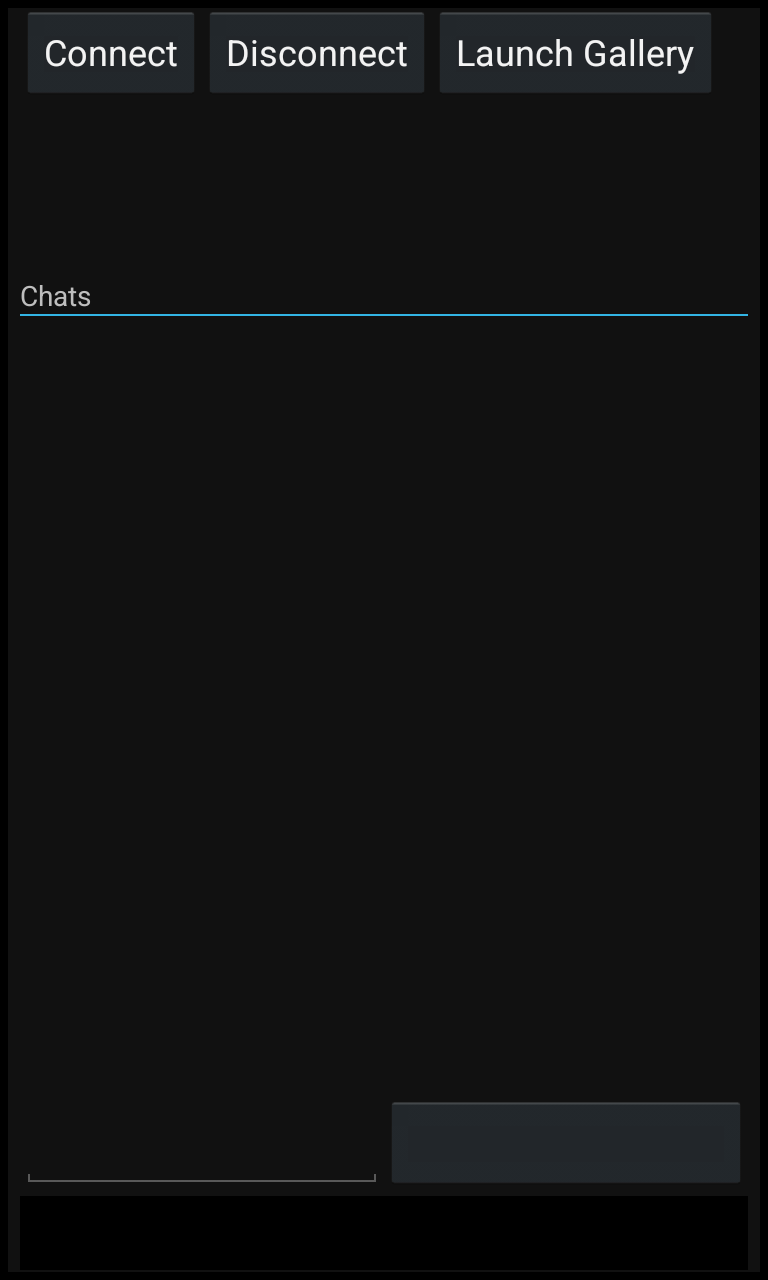
Repository: flyingbuffalo/AndroidTest
Layout: WiFiDirectDemo/res/layout/device_detail.xml
These files come from the project's save history. The layout is drawn as it stood at one moment and after a run of saves; the edit follows.
It is drawn on a 768 x 1280 px phone screen (xhdpi) without system bars, with theme android:Theme.Holo; the app's code is not run. Lists and similar views that code fills are empty.

Above is the layout before, as saved 2014-08-05 13:16:08.

### WiFiDirectDemo/res/layout/device_detail.xml
<?xml version="1.0" encoding="utf-8"?>
<RelativeLayout
    xmlns:android="http://schemas.android.com/apk/res/android"
    android:orientation="horizontal"
    android:layout_width="match_parent"
    android:layout_height="match_parent"
    android:background="@drawable/details_view"
    android:visibility="visible">

    <LinearLayout
        android:orientation="vertical"
        android:layout_width="match_parent"
        android:layout_height="wrap_content"
        android:layout_alignParentLeft="true"
        android:layout_alignParentRight="true"
        android:layout_alignParentTop="true"
        android:layout_above="@+id/chat_typing" >

        <LinearLayout
            android:orientation="horizontal"
            android:layout_width="match_parent"
            android:layout_height="wrap_content">
            <Button
                android:id="@+id/btn_connect"
                android:layout_width="wrap_content"
                android:layout_height="wrap_content"
                android:text="@string/connect_peer_button" />
            <Button
                android:id="@+id/btn_disconnect"
                android:layout_width="wrap_content"
                android:layout_height="wrap_content"
                android:text="@string/disconnect_peer_button" />
            <Button
                android:id="@+id/btn_start_client"
                android:layout_width="wrap_content"
                android:layout_height="wrap_content"
                android:text="@string/get_file_button"
                android:visibility="visible" />
        </LinearLayout>
        <TextView
            android:id="@+id/device_address"
            android:layout_width="match_parent"
            android:layout_height="wrap_content" />
        <TextView
            android:id="@+id/device_info"
            android:layout_width="match_parent"
            android:layout_height="wrap_content" />
        <TextView
            android:id="@+id/group_owner"
            android:layout_width="match_parent"
            android:layout_height="wrap_content" />
        <TextView
            android:id="@+id/group_ip"
            android:layout_width="match_parent"
            android:layout_height="wrap_content" />

        <TextView
            android:layout_marginTop="12dp"
	        android:layout_width="fill_parent"
	        android:layout_height="wrap_content"
	        android:gravity="center_vertical"
	        android:text="Chats" />

	    <View
	        android:layout_width="fill_parent"
	        android:layout_height="1dp"
	        android:gravity="center_vertical"
	        android:background="@android:color/holo_blue_light" />

	    <!-- Available peers -->
	    <ListView
	        android:layout_marginTop="5dp"
	        android:layout_marginBottom="5dp"
	        android:id="@+id/chat_list"
	        android:layout_width="match_parent"
	        android:layout_height="match_parent"
	        android:drawSelectorOnTop="false" />

    </LinearLayout>

    <LinearLayout
        android:layout_width="match_parent"
        android:layout_height="wrap_content"
        android:id="@+id/chat_typing"
        android:orientation="horizontal"
        android:layout_marginBottom="3dp"
        android:layout_alignParentLeft="true"
        android:layout_alignParentRight="true"
		android:layout_above="@+id/status_bar" >

        <EditText
            android:layout_width="0dp"
            android:layout_height="match_parent"
            android:layout_weight="9"
            android:id="@+id/chat_edttext" >
        </EditText>

        <Button
            android:layout_width="0dp"
            android:layout_height="match_parent"
            android:layout_weight="9"
            android:id="@+id/chat_edttext" >
        </Button>

    </LinearLayout>

    <LinearLayout
        android:layout_width="match_parent"
        android:id="@+id/status_bar"
        android:orientation="vertical"
        android:layout_gravity="bottom"
        android:layout_height="37dp"
        android:layout_marginBottom="3dp"
        android:background="@android:color/background_dark"
        android:layout_alignParentLeft="true"
        android:layout_alignParentRight="true"
        android:layout_alignParentBottom="true" >

        <TextView
            android:layout_width="wrap_content"
            android:layout_height="match_parent"
            android:layout_gravity="center"
            android:layout_margin="5dp"
            android:textColor="@android:color/white"
            android:id="@+id/status_text">
        </TextView>
    </LinearLayout>
</RelativeLayout>

Loaded but not shown: WiFiDirectDemo/res/drawable/details_view.xml (common file); WiFiDirectDemo/res/values/strings.xml (common file); WiFiDirectDemo/res/values/colors.xml (common file)

After the next 2 saves:
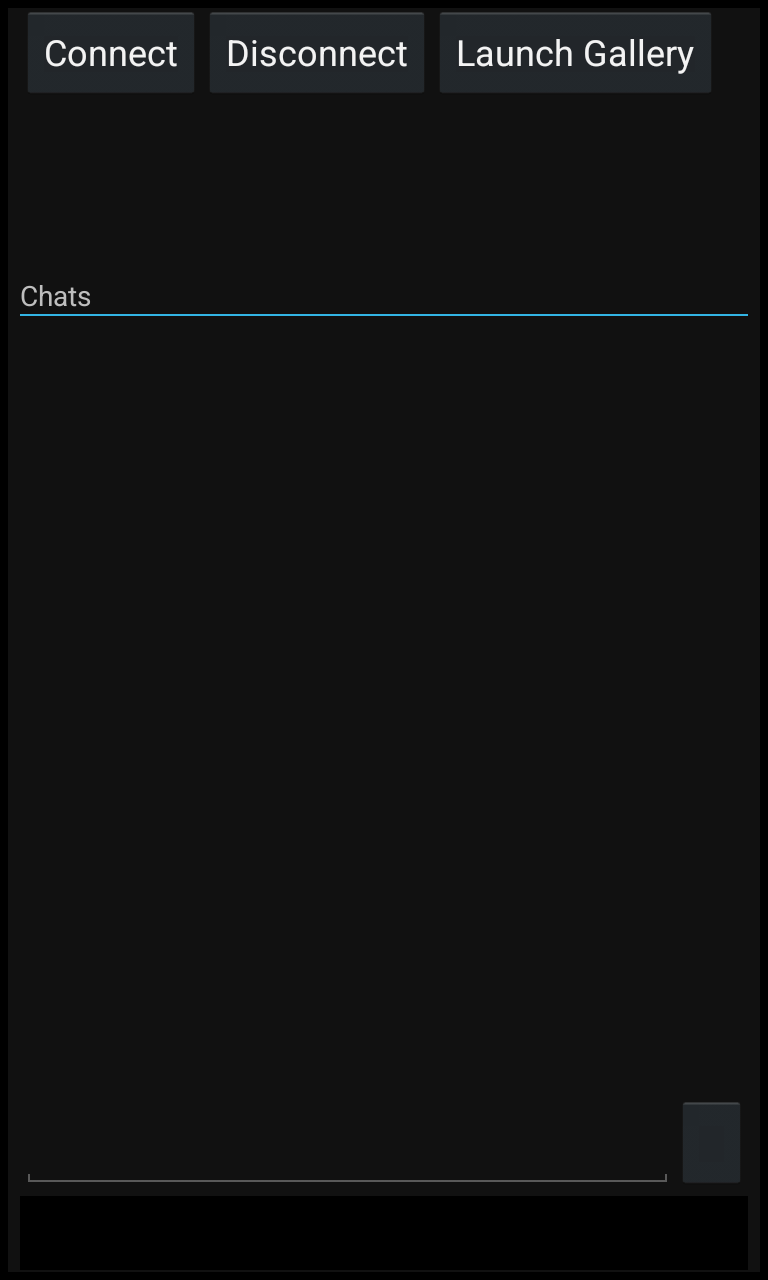
The 2 saves are shown as one change because they came seconds apart.
The last was saved 8 s later.
--- a/WiFiDirectDemo/res/layout/device_detail.xml
+++ b/WiFiDirectDemo/res/layout/device_detail.xml
@@ -98,8 +98,8 @@
         <Button
             android:layout_width="0dp"
             android:layout_height="match_parent"
-            android:layout_weight="9"
-            android:id="@+id/chat_edttext" >
+            android:layout_weight="1"
+            android:id="@+id/chat_btn" >
         </Button>
 
     </LinearLayout>
